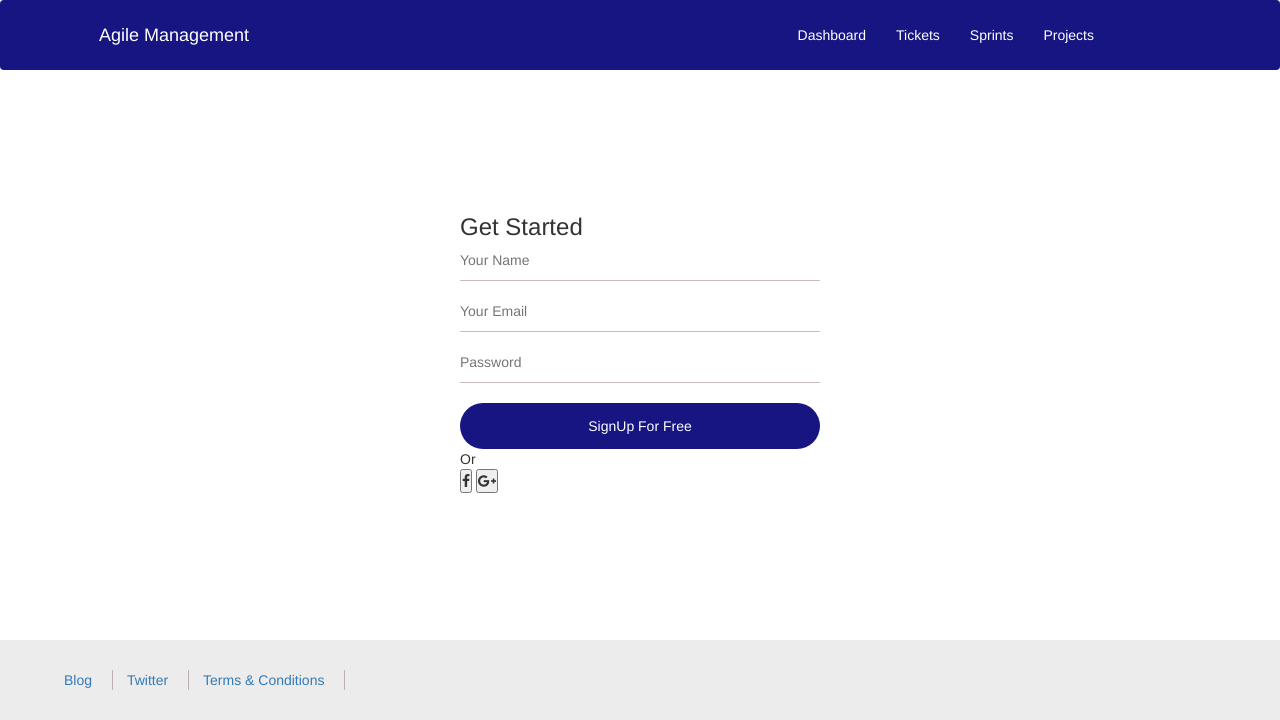
Repository: princexavier/agil
Page: http://localhost/Agile/index.jsp
These files come from the project's save history. The page is drawn as it stood at one moment and after the next save; the edit follows.
The browser window is 1280 px wide. The pictures show the whole page.
Some web libraries are served in a nearby version. The page is served by Tomcat 9.

Above is the page before, as saved 2018-01-19 04:56:35.

After the next save:
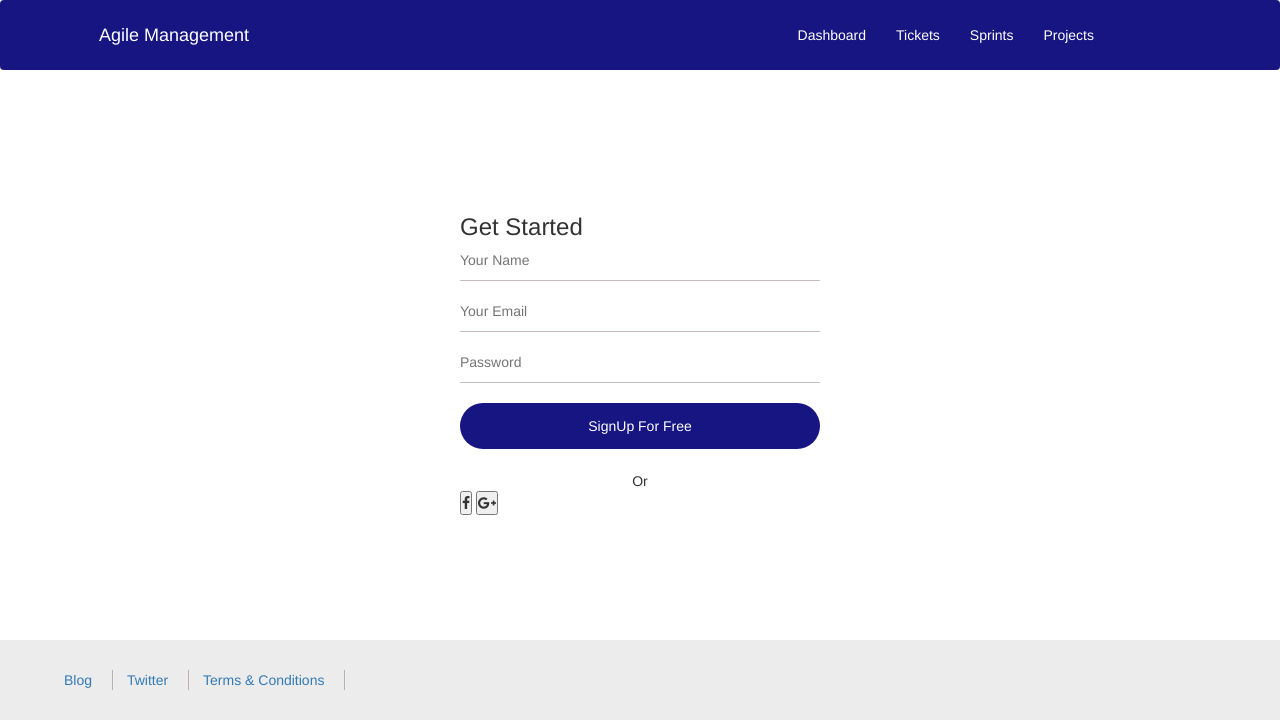
Saved 34 s later.
--- a/workspace/Agile/WebContent/css/style.css
+++ b/workspace/Agile/WebContent/css/style.css
@@ -25,6 +25,8 @@ a:hover {
 }
 .reg-form >span{
 	display:block;
+	padding-top:22px;
+	text-align:center;
 }
 .reg-form input {
 	cursor: pointer;
